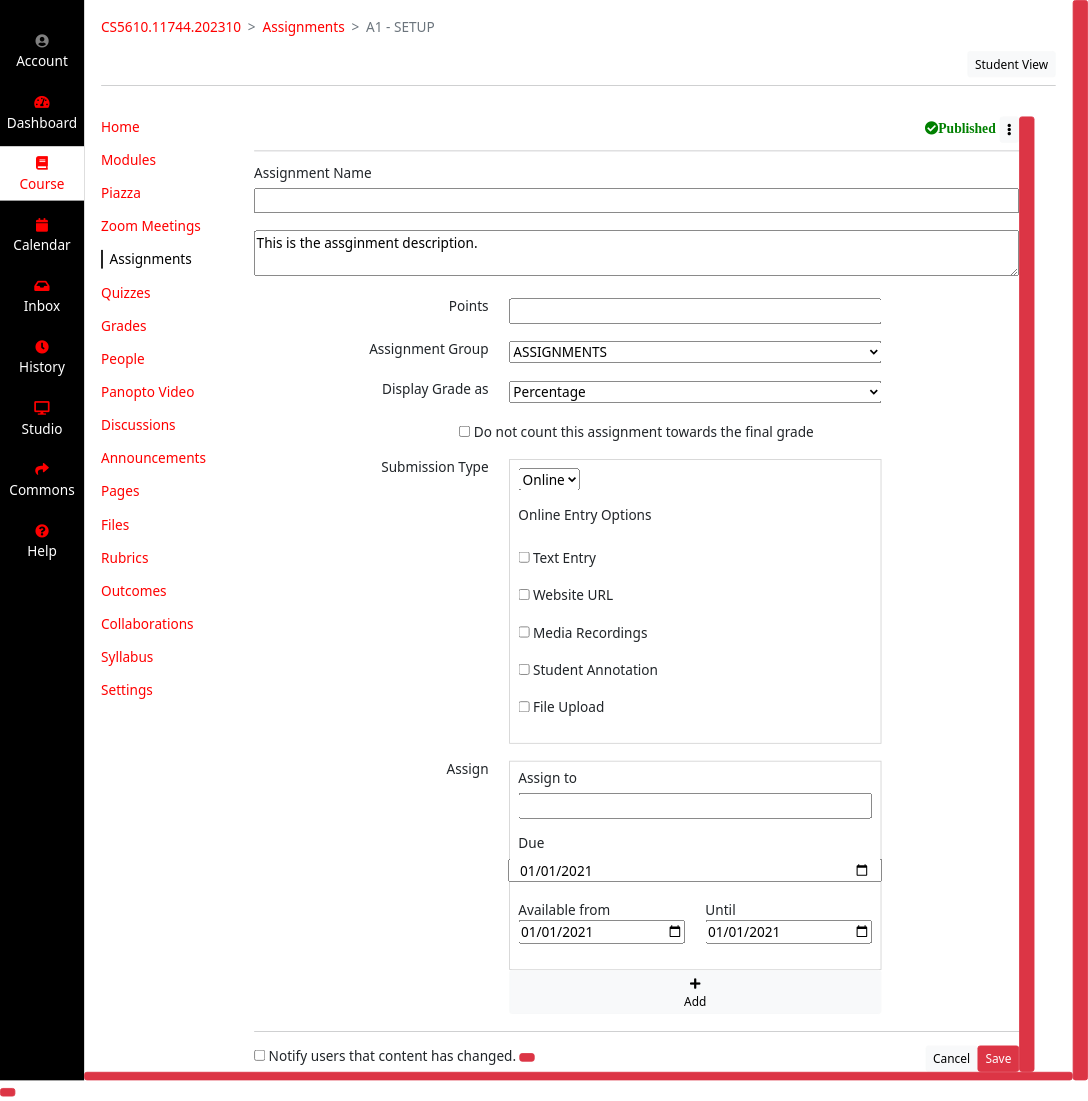
Repository: yuqiant/kanbas-react-web-app
Page: public/kanbas/assignment/edit.html
These files come from the project's save history. The page is drawn as it stood at one moment and after the next save; the edit follows.
The browser window is 1280 px wide. The pictures show the whole page, at 85% of full size.

Above is the page before, as saved 2023-10-05 01:35:10.

### public/kanbas/assignment/edit.html
<!DOCTYPE html>
<html lang="en">

<head>

    <meta charset="UTF-8">
    <meta name="viewport" content="width=device-width, initial-scale=1.0">
    <title>Flexbox Layout</title>
    <link rel="stylesheet" href="../../vendors/fontawesome/css/all.min.css">
    <link rel="stylesheet" href="../../vendors/bootstrap/css/bootstrap.min.css" />
    <link href="index.css" rel="stylesheet" />

</head>

<body>
    <div class="flex-container">
        <div class="left-column">

            <ul>
                <li><i class="fa fa-user-circle fa-inverse" style="color: grey;"></i><a
                        href="../account/account.html">Account</a> </li>
                <li><i class="fas fa-tachometer-alt" style="color: red;"></i><a href="#">Dashboard</a></li>
                <li class="active"><i class="fas fa-book" style="color: red;"></i><a
                        href="../course/courseNavigation.html" style="color: red;">Course</a>
                </li>
                <li><i class="fas fa-calendar" style="color: red;""></i><a href=" #">Calendar</a></li>
                <li><i class="fas fa-inbox" style="color: red;"></i><a href="#">Inbox</a></li>
                <li><i class="fas fa-clock" style="color: red;"></i><a href="#">History</a></li>
                <li><i class="fas fa-desktop" style="color: red;"></i><a href="#">Studio</a></li>
                <li><i class="fas fa-share" style="color: red;"></i><a href="#">Commons</a></li>
                <li><i class="fas fa-question-circle" style="color: red;"></i><a href="#">Help</a></li>
            </ul>

        </div>
        <div class="right-column">

            <div class="right-top">
                <nav style="--bs-breadcrumb-divider: '>'; color: red;" aria-label="breadcrumb">
                    <ol class="breadcrumb">
                        <li class="breadcrumb-item"><a href="../dashboard/index.html"
                                style="color: red;">CS5610.11744.202310</a></li>
                        <li class="breadcrumb-item"><a href="index.html" style="color: red;">Assignments</a></li>
                        <li class="breadcrumb-item active" aria-current="page">A1 - SETUP</li>
                    </ol>
                </nav>


                <div class="float-sm-end"> <button class="btn btn-light btn-sm">Student View</button>
                </div><br />
                <hr />


            </div>
            <div class="right-bottom">


                <div class="right-bottom-item1">


                    <ul>
                        <li><a href="../home.html">Home</a></li>
                        <li><a href="#">Modules</a></li>
                        <li><a href="#">Piazza</a></li>
                        <li><a href="#">Zoom Meetings</a></li>
                        <li class="active"><a href="assignment/index.html" style="color: black;">Assignments</a></li>
                        <li><a href="#">Quizzes</a></li>
                        <li><a href="grades.html">Grades</a></li>
                        <li><a href="#">People</a></li>
                        <li><a href="#">Panopto Video</a></li>
                        <li><a href="#">Discussions</a></li>
                        <li><a href="#">Announcements</a></li>
                        <li><a href="#">Pages</a></li>
                        <li><a href="#">Files</a></li>
                        <li><a href="#">Rubrics</a></li>
                        <li><a href="#">Outcomes</a></li>
                        <li><a href="#">Collaborations</a></li>
                        <li><a href="#">Syllabus</a></li>
                        <li><a href="coursesetting.html">Settings</a></li>
                    </ul>
                </div>

                <div class="right-bottom-item2">


                    <div class="float-sm-end">
                        <i class="fas fa-check-circle" style="color: green;">Published</i>
                        <button class="btn btn-light btn-sm"><i class="fas fa-ellipsis-v"></i></button>

                    </div><br>
                    <hr />
                    <h6>Assignment Name</h6>

                    <input id="text-fields-assginment" style="width: 900px; margin-bottom: 20px;" /><br />
                    <form id="textarea">
                        <textarea
                            style="width: 900px; margin-bottom: 20px;">This is the assginment description.</textarea>
                    </form>

                    <div class="row">
                        <div class="col-md-6 text-end">
                            <h6>Points</h6>
                        </div>
                        <div class="col-md-6">
                            <form id="text-fields">
                                <input id="text-fields-assginment" style="width: 100%;" />
                            </form>
                        </div>
                    </div>

                    <div class="row">
                        <div class="col-md-6 text-end">
                            <h6>Assignment Group</h6>
                        </div>
                        <div class="col-md-6">
                            <select id="select-one" style="width: 100%;">
                                <option value="ALL">ASSIGNMENTS</option>
                            </select>
                        </div>

                    </div>

                    <div class="row">
                        <div class="col-md-6 text-end">
                            <h6>Display Grade as</h6>
                        </div>
                        <div class="col-md-6">
                            <select id="select-one" style="width: 100%;">
                                <option value="ALL">Percentage</option>
                            </select>
                        </div>
                    </div>

                    <div class="row justify-content-center">
                        <div class="col-md-6">
                            <div class="text-center">
                                <input type="checkbox" value="GROUPASSIGNMENT" name="check-genre"
                                    id="chkbox-groupassignment" />
                                <label for="chkbox-groupassignment">Do not count this assignment towards the final
                                    grade</label>
                            </div>
                        </div>
                    </div>

                    <div class="row">

                        <div class="col-md-6 text-end">
                            <h6>Submission Type</h6>
                        </div>
                        <div class="col-md-6">
                            <div class="checkbox-container">
                                <div class="row">

                                    <div class="col-md-12">
                                        <select id="select-one">
                                            <option value="ALL">Online</option>
                                        </select>
                                    </div>
                                </div>

                                <div class="row">
                                    <div class="col-md-12">
                                        <h6>Online Entry Options</h6>
                                    </div>
                                </div>

                                <div class="row">
                                    <div class="col-md-12">
                                        <input type="checkbox" value="GROUPASSIGNMENT" name="check-genre"
                                            id="chkbox-groupassignment1" />
                                        <label for="chkbox-groupassignment1">Text Entry</label>
                                    </div>
                                </div>

                                <div class="row">
                                    <div class="col-md-12">
                                        <input type="checkbox" value="GROUPASSIGNMENT" name="check-genre"
                                            id="chkbox-groupassignment2" />
                                        <label for="chkbox-groupassignment2">Website URL</label>
                                    </div>
                                </div>

                                <div class="row">
                                    <div class="col-md-12">
                                        <input type="checkbox" value="GROUPASSIGNMENT" name="check-genre"
                                            id="chkbox-groupassignment3" />
                                        <label for="chkbox-groupassignment3">Media Recordings</label>
                                    </div>
                                </div>

                                <div class="row">
                                    <div class="col-md-12">
                                        <input type="checkbox" value="GROUPASSIGNMENT" name="check-genre"
                                            id="chkbox-groupassignment4" />
                                        <label for="chkbox-groupassignment4">Student Annotation</label>
                                    </div>
                                </div>

                                <div class="row">
                                    <div class="col-md-12">
                                        <input type="checkbox" value="GROUPASSIGNMENT" name="check-genre"
                                            id="chkbox-groupassignment5" />
                                        <label for="chkbox-groupassignment5">File Upload</label>
                                    </div>
                                </div>

                            </div>
                        </div>
                    </div>

                    <div class="row">

                        <div class="col-md-6 text-end">
                            <h6>Assign</h6>
                        </div>
                        <div class="col-md-6">
                            <div class="checkbox-container">
                                <div class="row">
                                    <h6>Assign to</h6><br />
                                    <form id="text-fields">
                                        <input id="text-fields-assginment" style="width: 100%;" />
                                    </form>
                                </div>

                                <div class="row">
                                    <h6>Due</h6><br />
                                    <input type="date" id="text-fields-dob" value="2021-01-01" /><br />

                                </div>

                                <div class="row">
                                    <div class="col-md-6">Available from<br />
                                        <input type="date" id="text-fields-dob" value="2021-01-01"
                                            style="width: 100%;" />
                                    </div>
                                    <div class="col-md-6">Until<br />
                                        <input type="date" id="text-fields-dob" value="2021-01-01"
                                            style="width: 100%;" />
                                    </div>
                                </div>



                            </div>
                            <button class="btn btn-light btn-sm"><i class="fas fa-plus"
                                    style="width: 400px;"></i>Add</button>

                        </div>
                    </div>
                    <hr />
                    <input type="checkbox" value="GROUPASSIGNMENT" name="check-genre" id="chkbox-groupassignment" />
                    <label for="chkbox-groupassignment">Notify users that content has changed.
                    </label>
                    <div class="float-sm-end"> <a href="index.html" class="btn btn-light btn-sm">Cancel</button>
                            <a href="index.html" class="btn btn-danger btn-sm">Save</button>
                    </div>

                </div>



            </div>







        </div>
    </div>

    </div>
    </div>
    </div>
</body>




</html>

### public/kanbas/assignment/index.css
.flex-container {
    display: flex;
    height: 100%;
}

/* 左边列 */
.left-column {
    /* flex: 1; */
    /* 占据可用空间的一部分 */
    /* padding: 20px; */
    width: 0 0 80px;
    /* Adjust sidebar width as needed (between 75 and 85 pixels) */
    background-color: black;
    color: white;
    text-align: center;
    padding-top: 20px;
}

.left-column ul {
    list-style-type: none;
    padding: 0;
}

.left-column li {
    margin: 8px 0;
    /* Adjust margin between links as needed (between 5 and 10 pixels) */
    padding: 8px;
    /* Adjust padding around links as needed (between 5 and 10 pixels) */
}

.left-column li.active {
    color: red;
    background-color: white;


}



.left-column a {
    color: white;
    text-decoration: none;
    display: block;
}

.right-column {

    flex: 2;
    /* 占据可用空间的两部分 */
    display: flex;
    flex-direction: column;
    /* 垂直方向排列 */
}

/* 右上部分 */
.right-top {
    padding: 20px;
}

/* 右下部分分为三竖着的部分 */
.right-bottom {
    display: flex;
    flex-direction: row;
    /* 垂直方向排列 */
    flex: 1;
    /* 均分可用空间 */
}

/* 每个竖着的部分 */
.right-bottom-item {
    flex: 1;
    /* 均分可用空间 */
    padding: 10px;
}

.right-bottom-item1 {
    width: 200px;

    /* padding: 10px; */
    border-left: 25px
}

.right-bottom-item1 a {
    color: red;
    text-decoration: none;

}


.right-bottom-item1 ul {
    list-style: none;
    padding: 0;
}

.right-bottom-item1 li {
    margin-bottom: 15px;
    padding-left: 20px;
}

.right-bottom-item1 li.active a {
    color: black;
    padding-left: 8px;

    /* padding-right: 10px; */

    border-left: 2px solid black;
}


.right-bottom-item2 {
    width: 900px;

    /* padding: 10px; */
    border-left: 25px;
    /* flex-direction: column; */
}

.custom-indent {
    padding-left: 40px;
    /* 调整适当的缩进大小 */
}

.right-bottom-item3 {
    width: 200px;

    padding-left: 25px;
    /* padding: 10px; */
    /* border-left: 25px; */
    /* flex-direction: column; */
}

.smaller-text {
    font-size: 14px;
}

.percentage {
    display: inline-block;
    margin-right: 10px;
    /* 添加间距 */
}

.icon {
    display: inline-block;
}

.align-items-center {
    padding-left: 10px;
}

.align-items-start {
    border-left: 3px solid green;

}

.breadcrumb-item a {
    text-decoration: none;
}

.text-end {
    width: 300px;
}

.row {
    margin-bottom: 20px;
}

.checkbox-container {
    border: 1px solid lightgray;
    padding: 10px;
    /* Add some padding for spacing */
}

/* Apply border to checkboxes and labels */
input[type="checkbox"] {
    border: 1px solid lightgray;
    padding: 5px;
    /* Add some padding for spacing */
}

Loaded but not shown: public/vendors/fontawesome/css/all.min.css (library); public/vendors/bootstrap/css/bootstrap.min.css (library)

After the next save:
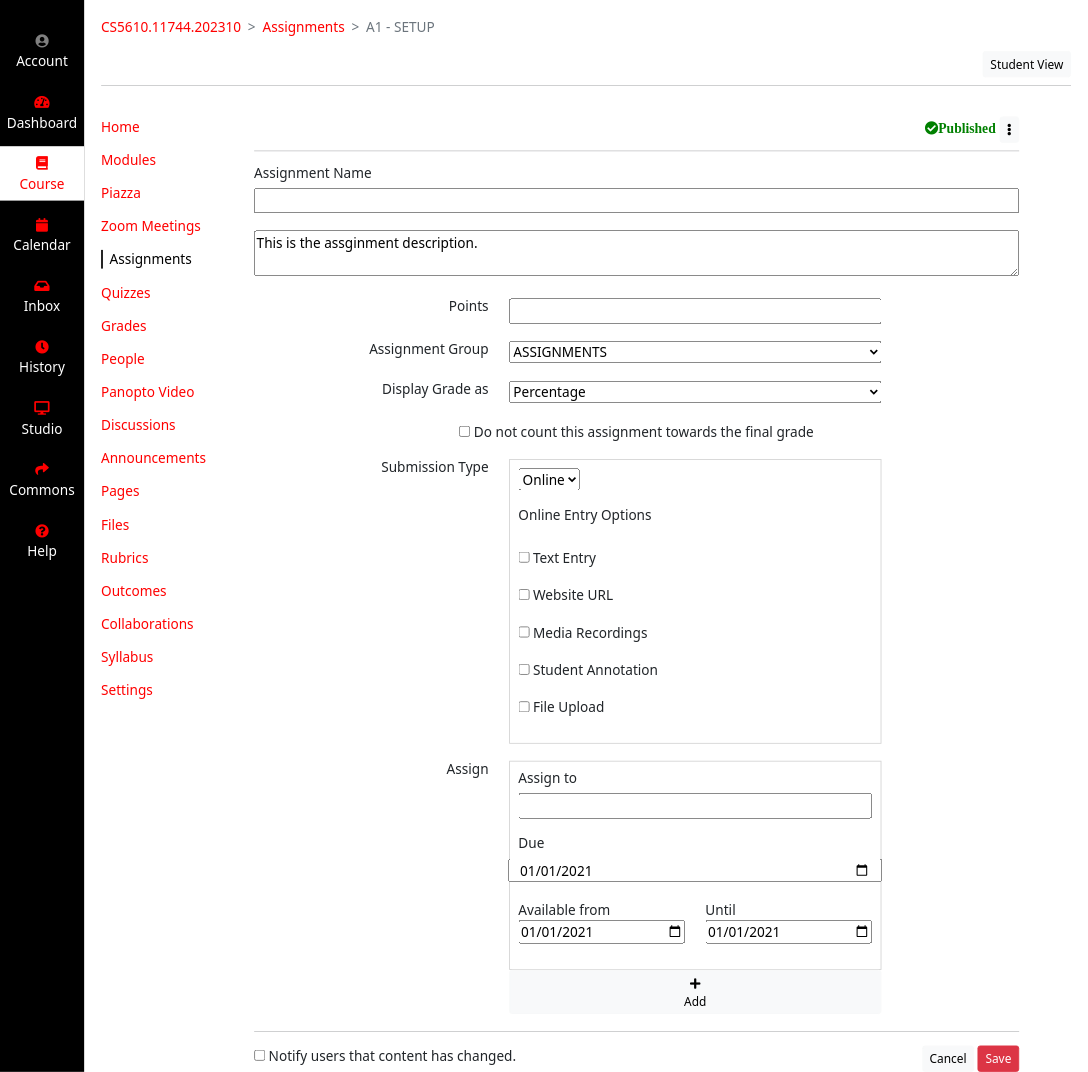
Saved 34 s later.
--- a/public/kanbas/assignment/edit.html
+++ b/public/kanbas/assignment/edit.html
@@ -250,8 +250,8 @@
                     <input type="checkbox" value="GROUPASSIGNMENT" name="check-genre" id="chkbox-groupassignment" />
                     <label for="chkbox-groupassignment">Notify users that content has changed.
                     </label>
-                    <div class="float-sm-end"> <a href="index.html" class="btn btn-light btn-sm">Cancel</button>
-                            <a href="index.html" class="btn btn-danger btn-sm">Save</button>
+                    <div class="float-sm-end"> <button class="btn btn-light btn-sm">Cancel</button>
+                        <button class="btn btn-danger btn-sm">Save</button>
                     </div>
 
                 </div>
